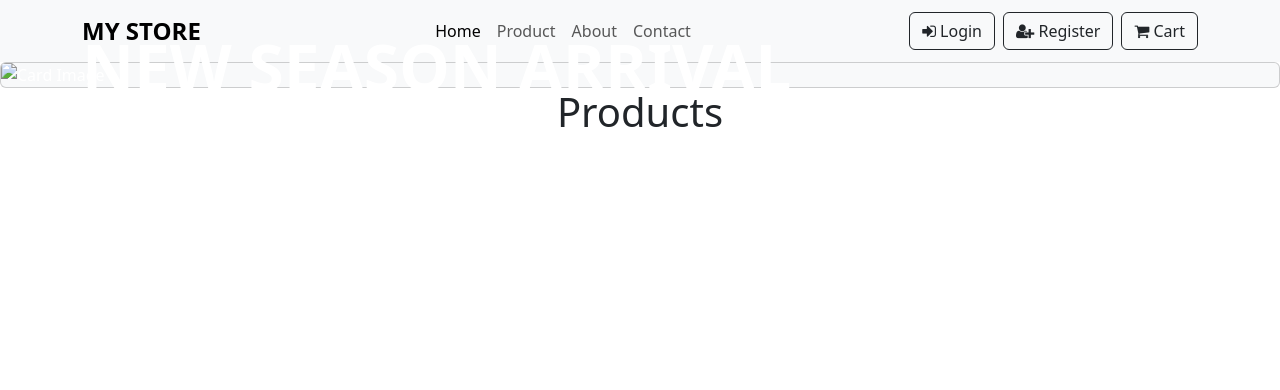
Repository: asad3407886839/E-commerce-Store
Page: /payment (app in vite-project/)
An editor plug-in stored every save of this project. The page is shown before and after a run of saves, followed by the edit.
The browser window is 1280 px wide. The pictures show the whole page.
The page's requests for data from a server got no answer. The project was rebuilt for these pictures with package versions that can differ from the ones it lists, and the page was loaded fresh each time. No one was signed in, and anything a server would have sent is missing. Also part of the build but not shown: vite-project/vite.config.js, vite-project/src/index.css.

Above is the page before, as saved 2024-06-29 18:35:50.

### vite-project/src/main.jsx
import React from 'react'
import ReactDOM from 'react-dom/client'
import App from './App.jsx'
import './index.css'
import '../node_modules/bootstrap/dist/css/bootstrap.min.css'
import '../node_modules/bootstrap/dist/js/bootstrap.bundle'
import 'font-awesome/css/font-awesome.min.css'

ReactDOM.createRoot(document.getElementById('root')).render(

    <App />
)

### vite-project/src/App.jsx
import React from 'react'
import Navbar from './components/Navbar'
import Home from './components/Home'
import Products from './components/Products'

const App = () => {
  return (
    <div>
      <Navbar/>
      <Home/>
      <Products/>
    </div>
  )
}

export default App

### vite-project/src/components/Navbar.jsx
import React from 'react';
const Navbar = () => {
  return (
    <div>
      <nav className="navbar navbar-expand-lg navbar-light bg-light">
        <div className="container">
          <a className="navbar-brand fw-bold fs-4" href="#">MY STORE</a>
          <button
            className="navbar-toggler"
            type="button"
            data-bs-toggle="collapse"
            data-bs-target="#navbarSupportedContent"
            aria-controls="navbarSupportedContent"
            aria-expanded="false"
            aria-label="Toggle navigation"
          >
            <span className="navbar-toggler-icon"></span>
          </button>
          <div className="collapse navbar-collapse" id="navbarSupportedContent">
            <ul className="navbar-nav mx-auto mb-2 mb-lg-0">
              <li className="nav-item">
                <a className="nav-link active" aria-current="page" href="#">Home</a>
              </li>
              <li className="nav-item">
                <a className="nav-link" href="#">Product</a>
              </li>
              <li className="nav-item">
                <a className="nav-link" aria-current="page" href="#">About</a>
              </li>
              <li className="nav-item">
                <a className="nav-link" aria-current="page" href="#">Contact</a>
              </li>
            </ul>
            <div className="buttons">
              <a href="" className="btn btn-outline-dark">
                <i className="fa fa-sign-in"></i> Login
              </a>
              <a href="" className="btn btn-outline-dark ms-2">
                <i className="fa fa-user-plus"></i> Register
              </a>
              <a href="" className="btn btn-outline-dark ms-2">
                <i className="fa fa-shopping-cart"></i> Cart
              </a>
            </div>
          </div>
        </div>
      </nav>
    </div>
  );
};

export default Navbar;

### vite-project/src/components/Home.jsx
import React from 'react';

const Home = () => {
  return (
    <div className="hero">
       <div className="card text-white bg-light position-relative" >
       <img
          src="https://avatars.mds.yandex.net/i?id=39f40d791f1f7c86e921481b05da4f674ca95710-12803937-images-thumbs&n=13"
          className="card-img"
          alt="Card Image"
          style={{ maxHeight: '650px', width: 'auto' }}
        />
        <div className="card-img-overlay d-flex align-items-center justify-content-start">
          <div className="container text-start">
            <h5 className="card-title display-3 fw-bold mb-0 text-white">NEW SEASON ARRIVAL</h5>
            <p className="card-text text-uppercase text-white">Check Out All Trends</p>
          </div>
        </div>
      </div>
    </div>
  );
};

export default Home;

### vite-project/src/components/Products.jsx
import React, { useState, useEffect } from 'react';

const Products = () => {
  const [data, setData] = useState([]);
  const [filter, setFilter] = useState([]);
  const [loading, setLoading] = useState(false);
  let componentMounted =true;

  useEffect(() => {
    const fetchProducts = async () => {
      setLoading(true);
      try {
        const response = await fetch('https://fakestoreapi.com/products');
        const result = await response.json();
        if (componentMounted) {
          setData(result);
          setFilter(result);
          setLoading(false);
        }
      } catch (error) {
        console.error("Error fetching data:", error);
        setLoading(false);
      }
    };

    fetchProducts();

    return () => {
      componentMounted = false;
    };
  }, []);

  if (loading) {
    return <div>Loading...</div>;
  }

  return (
    <div>
      <h1 className="text-center">Products</h1>
      <div className="row">
        {filter.map((product) => (
          <div className="col-md-3 mb-4" key={product.id}>
            <div className="card h-100 text-center p-3">
              <img
                src={product.image}
                className="card-img-top"
                alt={product.title}
                height="250px"
              />
              <div className="card-body">
                <h5 className="card-title">{product.title}</h5>
                <p className="card-text">${product.price}</p>
                <a href="#" className="btn btn-primary">
                  Buy Now
                </a>
              </div>
            </div>
          </div>
        ))}
      </div>
    </div>
  );
};

export default Products;

Loaded but not shown: vite-project/index.html (common file)

After the next 3 saves:
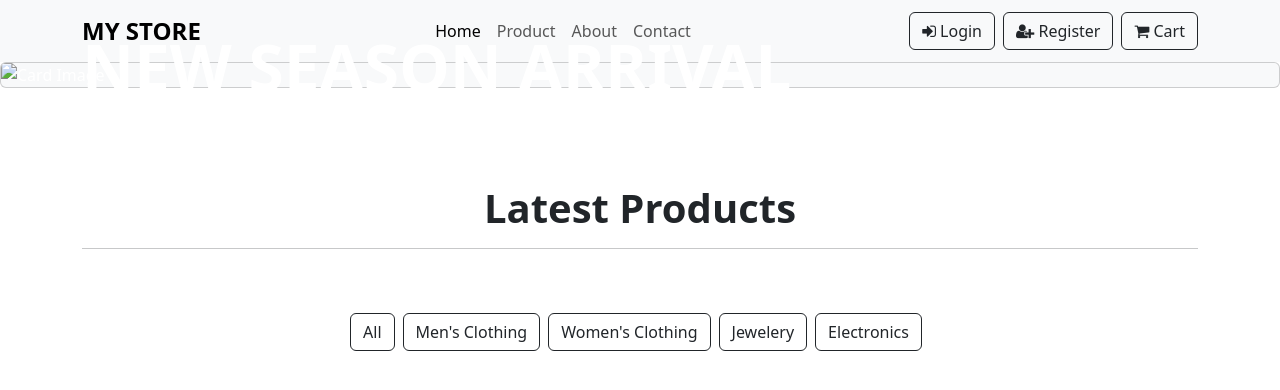
The 3 saves are shown as one change because 2 did not build or start.
The last was saved 4 min 27 s later.
--- a/vite-project/src/components/Products.jsx
+++ b/vite-project/src/components/Products.jsx
@@ -4,7 +4,7 @@ const Products = () => {
   const [data, setData] = useState([]);
   const [filter, setFilter] = useState([]);
   const [loading, setLoading] = useState(false);
-  let componentMounted =true;
+  let componentMounted = true;
 
   useEffect(() => {
     const fetchProducts = async () => {
@@ -34,29 +34,51 @@ const Products = () => {
     return <div>Loading...</div>;
   }
 
-  return (
-    <div>
-      <h1 className="text-center">Products</h1>
-      <div className="row">
-        {filter.map((product) => (
-          <div className="col-md-3 mb-4" key={product.id}>
-            <div className="card h-100 text-center p-3">
-              <img
-                src={product.image}
-                className="card-img-top"
-                alt={product.title}
-                height="250px"
-              />
-              <div className="card-body">
-                <h5 className="card-title">{product.title}</h5>
-                <p className="card-text">${product.price}</p>
-                <a href="#" className="btn btn-primary">
-                  Buy Now
-                </a>
+  const showProducts = () => {
+    return (
+      <>
+        <div className="buttons d-flex justify-content-center mb-5 pb-5">
+          <button className="btn btn-outline-dark me-2" onClick={() => setFilter(data)}>All</button>
+          <button className="btn btn-outline-dark me-2" onClick={() => setFilter(data.filter(product => product.category === 'men\'s clothing'))}>Men's Clothing</button>
+          <button className="btn btn-outline-dark me-2" onClick={() => setFilter(data.filter(product => product.category === 'women\'s clothing'))}>Women's Clothing</button>
+          <button className="btn btn-outline-dark me-2" onClick={() => setFilter(data.filter(product => product.category === 'jewelery'))}>Jewelery</button>
+          <button className="btn btn-outline-dark me-2" onClick={() => setFilter(data.filter(product => product.category === 'electronics'))}>Electronics</button>
+        </div>
+        <div className="row">
+          {filter.map((product) => (
+            <div className="col-md-3 mb-4" key={product.id}>
+              <div className="card h-100 text-center p-3">
+                <img
+                  src={product.image}
+                  className="card-img-top"
+                  alt={product.title}
+                  height="250px"
+                />
+                <div className="card-body">
+                  <h5 className="card-title">{product.title}</h5>
+                  <p className="card-text">${product.price}</p>
+                  <a href="#" className="btn btn-primary">
+                    Buy Now
+                  </a>
+                </div>
               </div>
             </div>
-          </div>
-        ))}
+          ))}
+        </div>
+      </>
+    );
+  };
+
+  return (
+    <div className="container my-5 py-5">
+      <div className="row">
+        <div className="col-12 mb-5">
+          <h1 className="display-6 fw-bolder text-center">Latest Products</h1>
+          <hr />
+        </div>
+      </div>
+      <div className="row justify-content-center">
+        {showProducts()}
       </div>
     </div>
   );
